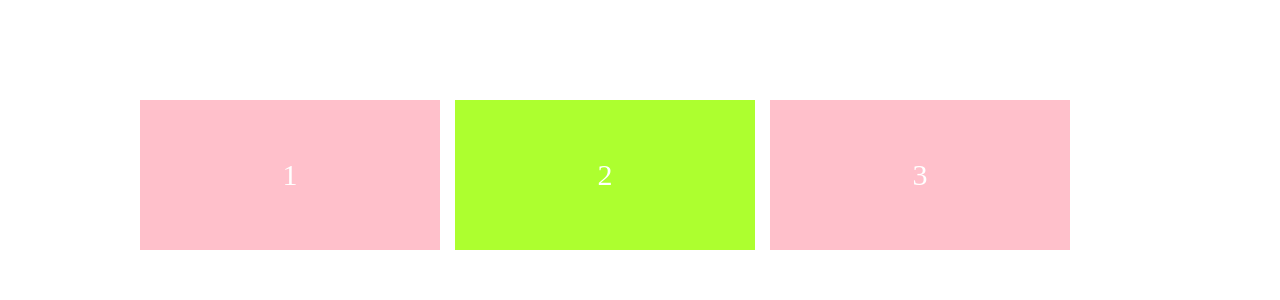
Repository: Germtao/Web
Page: web_css/css3_动画.html
These files come from the project's save history. The page is drawn as it stood at one moment and after the next save; the edit follows.
The browser window is 1280 px wide. The pictures show the whole page.
The pointer rests on the first visible `.box .box2`.

Above is the page before, as saved 2020-11-03 10:21:46.

### web_css/css3_动画.html
<!DOCTYPE html>
<html lang="en">

<head>
  <meta charset="UTF-8">
  <meta name="viewport" content="width=device-width, initial-scale=1.0">
  <title>CSS3-动画</title>

  <!-- <style>
    .box {
      width: 200px;
      height: 200px;
      background-color: green;
      margin: 100px auto;

      /* 只让宽度在变化时进行过渡 */
      /* transition: width 2s linear 0s; */

      /* 宽度、背景色在变化时，进行过渡 */
      transition: all 2s linear 0s;
    }

    .box:hover {
      width: 500px;
      background-color: orange;
    }
  </style> -->

  <!-- 过渡动画：商品详情 -->
  <!-- <style>
    body {
      margin: 0;
      padding: 0;
      background-color: #eeeeee;
    }

    .content {
      width: 800px;
      height: 320px;
      padding-left: 20px;
      margin: 80px auto;
    }

    .item {
      width: 230px;
      height: 300px;
      text-align: center;
      margin-right: 20px;
      background-color: #FFF;
      float: left;
      position: relative;
      top: 0;
      /* 让溢出的内容隐藏起来。意思是让下方的橙色方形先躲起来 */
      overflow: hidden;
      /* 从最初到鼠标悬停时的过渡 */
      transition: all .5s;
    }

    .item img {
      margin-top: 30px;
    }

    .item .desc {
      position: absolute;
      left: 0;
      bottom: -80px;
      width: 100%;
      height: 80px;
      background-color: #ff6700;
      transition: all .5s;
    }

    /* 鼠标悬停时，让 item 整体往上移动5px，且加一点阴影 */
    .item:hover {
      top: -5px;
      box-shadow: 0 0 15px #AAA;
    }

    /* 鼠标悬停时，让下方的橙色方形现身 */
    .item:hover .desc {
      bottom: 0;
    }
  </style> -->

  <!-- 2D转换动画 -->
  <style>
    .box {
      width: 1000px;
      margin: 100px auto;
    }

    .box div {
      width: 300px;
      height: 150px;
      background-color: pink;
      float: left;
      margin-right: 15px;
      color: white;
      text-align: center;
      font: 400 30px/150px "宋体";
    }

    .box .box2 {
      background-color: greenyellow;
      transition: all 1s;
    }
  </style>
</head>

<body>
  <!-- <div class="box"></div> -->

  <!-- 过渡动画：商品详情 -->
  <!-- <div class="content">
    <div class="item">
      <img src="img/倪妮.jpg" alt="">
    </div>

    <div class="item">
      <img src="img/宋轶.jpeg" alt="">
      <span class="desc"></span>
    </div>

    <div class="item">
      <img src="img/李沁.jpg" alt="">
      <span class="desc"></span>
    </div>
  </div> -->

  <!-- 2D转换动画 -->
  <div class="box">
    <div class="box1">1</div>
    <div class="box2">2</div>
    <div class="box3">3</div>
  </div>
</body>

</html>

After the next save:
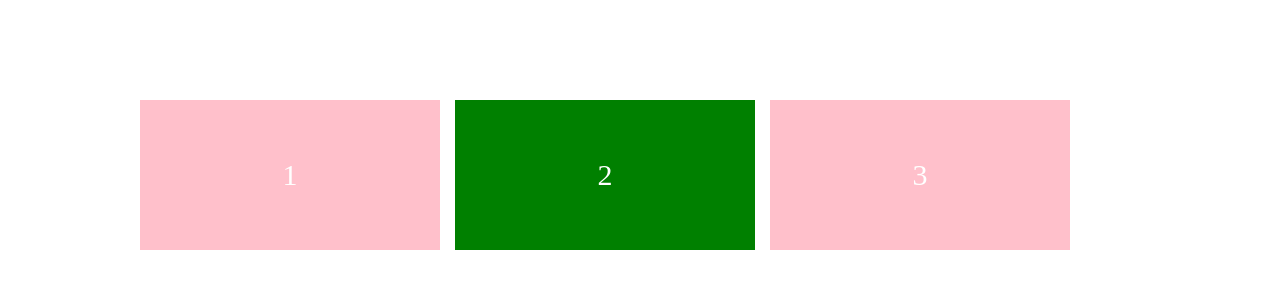
Saved 39 s later.
--- a/web_css/css3_动画.html
+++ b/web_css/css3_动画.html
@@ -104,6 +104,10 @@
       background-color: greenyellow;
       transition: all 1s;
     }
+
+    .box .box2:hover {
+      background-color: green;
+    }
   </style>
 </head>
 
